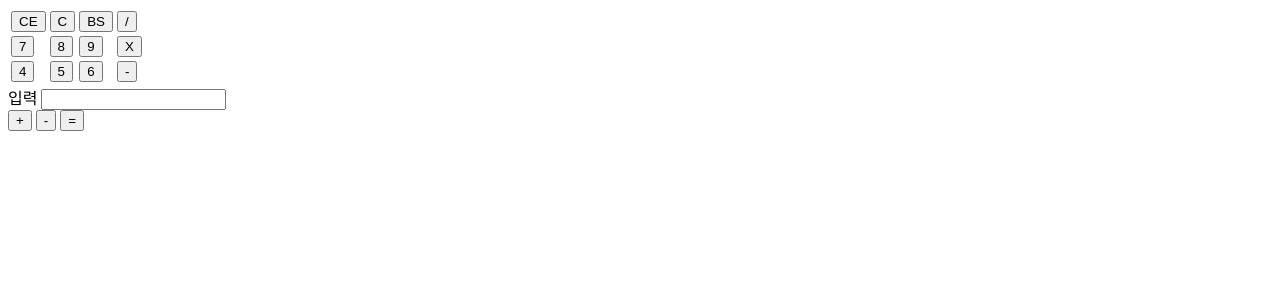
Repository: odreeblue/Study_ServletJSP
Page: jsp/workspace/JSPPrj/src/main/webapp/calc3.html
An editor plug-in stored every save of this project. The page is shown before and after the next save, followed by the edit.
The browser window is 1280 px wide. The pictures show the whole page.

Above is the page before, as saved 2023-02-06 11:26:02.

### jsp/workspace/JSPPrj/src/main/webapp/calc3.html
<!DOCTYPE html>
<html>
<head>
<meta charset="UTF-8">
<title>Insert title here</title>
</head>
<body>
	<div>
		<form action="calc3" method="post">
			<table>
				<tr>
					<td><input type="submit" name="operator" value="CE"/></td>
					<td><input type="submit" name="operator" value="C"/></td>
					<td><input type="submit" name="operator" value="BS"/></td>
					<td><input type="submit" name="operator" value="/"/></td>
				</tr>
				<tr>
					<td><input type="submit" name="operator" value="7"/></td>
					<td><input type="submit" name="operator" value="8"/></td>
					<td><input type="submit" name="operator" value="9"/></td>
					<td><input type="submit" name="operator" value="X"/></td>
				</tr>
				<tr>
					<td><input type="submit" name="operator" value="4"/></td>
					<td><input type="submit" name="operator" value="5"/></td>
					<td><input type="submit" name="operator" value="6"/></td>
					<td><input type="submit" name="operator" value="-"/></td>
				</tr>

			</table>
			<div>
				<label>입력</label>
				<input type="text" name="v">

			</div>
			<div>
				<input type="submit" name="operator" value="+">
				<input type="submit" name="operator" value="-">
				<input type="submit" name="operator" value="=">
			</div>

		</form>
	</div>

</body>
</html>

After the next save:
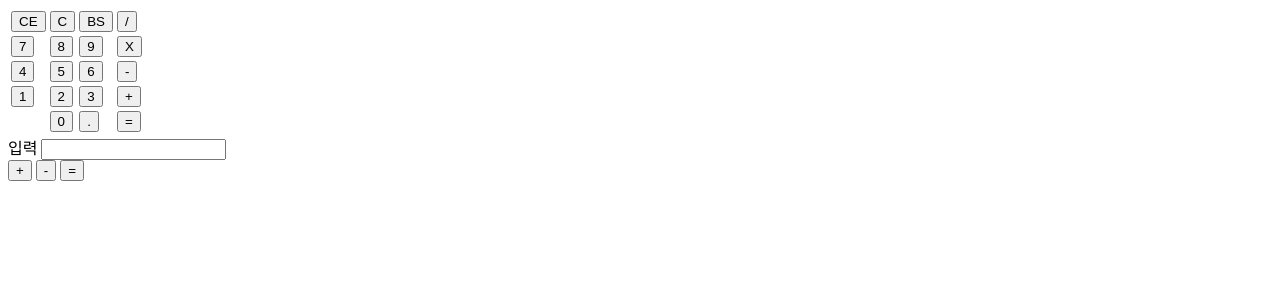
Saved 35 s later.
--- a/jsp/workspace/JSPPrj/src/main/webapp/calc3.html
+++ b/jsp/workspace/JSPPrj/src/main/webapp/calc3.html
@@ -26,6 +26,18 @@
 					<td><input type="submit" name="operator" value="6"/></td>
 					<td><input type="submit" name="operator" value="-"/></td>
 				</tr>
+				<tr>
+					<td><input type="submit" name="operator" value="1"/></td>
+					<td><input type="submit" name="operator" value="2"/></td>
+					<td><input type="submit" name="operator" value="3"/></td>
+					<td><input type="submit" name="operator" value="+"/></td>
+				</tr>
+				<tr>
+					<td></td>
+					<td><input type="submit" name="operator" value="0"/></td>
+					<td><input type="submit" name="operator" value="."/></td>
+					<td><input type="submit" name="operator" value="="/></td>
+				</tr>
 
 			</table>
 			<div>
